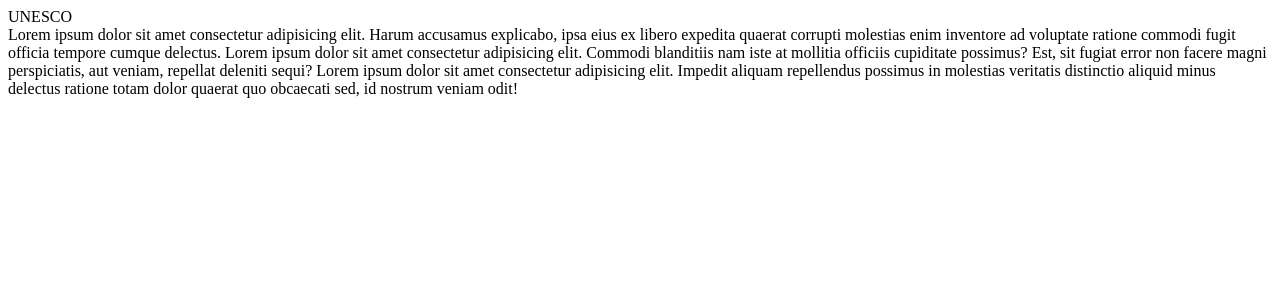
Repository: AnhDuc0125/HTML-Aptech
Page: bt1572/index.html
These files come from the project's save history. The page is drawn as it stood at one moment and after the next save; the edit follows.
The browser window is 1280 px wide. The pictures show the whole page.

Above is the page before, as saved 2021-12-25 13:52:34.

### bt1572/index.html
<!DOCTYPE html>
<html lang="en">
<head>
    <meta charset="UTF-8">
    <meta http-equiv="X-UA-Compatible" content="IE=edge">
    <meta name="viewport" content="width=device-width, initial-scale=1.0">
    <title>UNESCO</title>
</head>
<body>
    <header title="United Nations Educational, Scientific and Cultural Organization">
        UNESCO
    </header>
    <main>
        Lorem ipsum dolor sit amet consectetur adipisicing elit. Harum accusamus explicabo, ipsa eius ex libero expedita quaerat corrupti molestias enim inventore ad voluptate ratione commodi fugit officia tempore cumque delectus. Lorem ipsum dolor sit amet consectetur adipisicing elit. Commodi blanditiis nam iste at mollitia officiis cupiditate possimus? Est, sit fugiat error non facere magni perspiciatis, aut veniam, repellat deleniti sequi?
        Lorem ipsum dolor sit amet consectetur adipisicing elit. Impedit aliquam repellendus possimus in molestias veritatis distinctio aliquid minus delectus ratione totam dolor quaerat quo obcaecati sed, id nostrum veniam odit!
    </main>
</body>
</html>

After the next save:
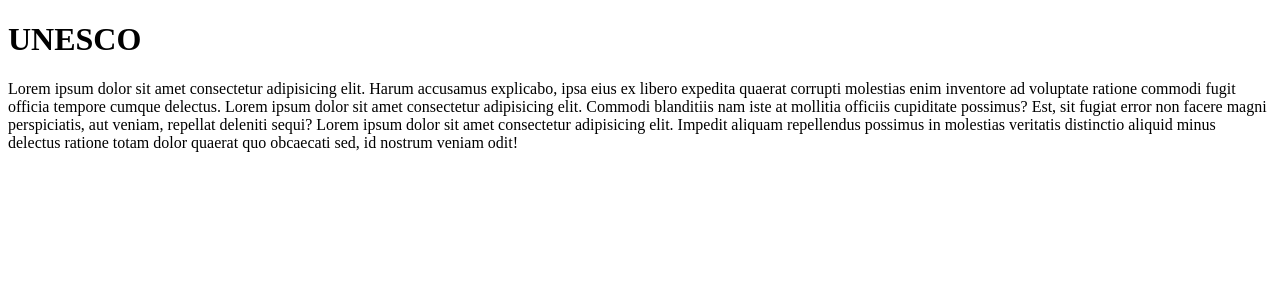
Saved 12 s later.
--- a/bt1572/index.html
+++ b/bt1572/index.html
@@ -8,7 +8,7 @@
 </head>
 <body>
     <header title="United Nations Educational, Scientific and Cultural Organization">
-        UNESCO
+        <h1>UNESCO </h1>
     </header>
     <main>
         Lorem ipsum dolor sit amet consectetur adipisicing elit. Harum accusamus explicabo, ipsa eius ex libero expedita quaerat corrupti molestias enim inventore ad voluptate ratione commodi fugit officia tempore cumque delectus. Lorem ipsum dolor sit amet consectetur adipisicing elit. Commodi blanditiis nam iste at mollitia officiis cupiditate possimus? Est, sit fugiat error non facere magni perspiciatis, aut veniam, repellat deleniti sequi?
